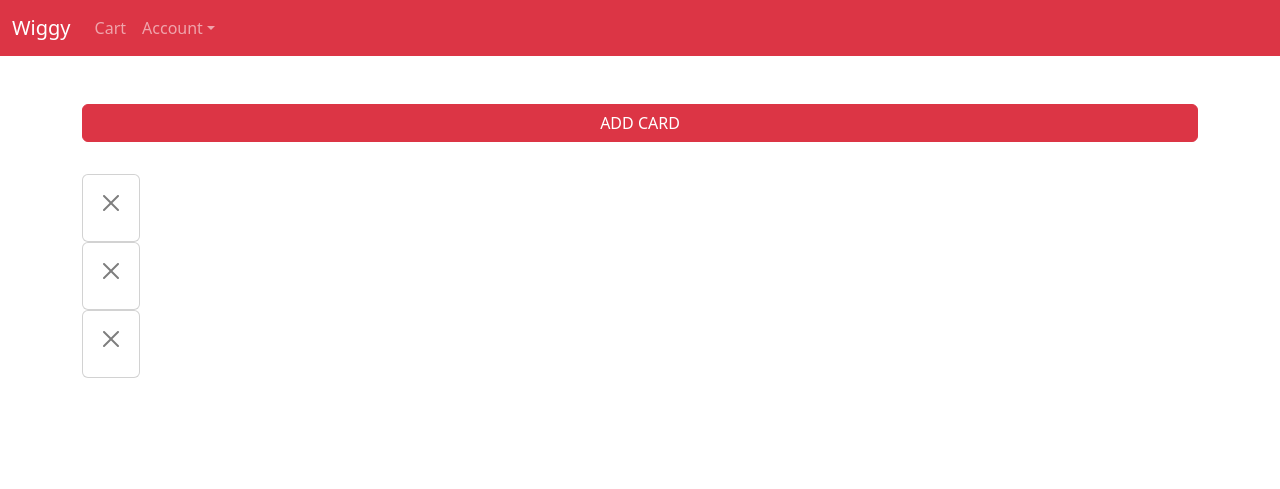
Repository: MohammadGulshan/wiggy
Page: / (app in client/)
These files come from the project's save history. The page is drawn as it stood at one moment and after the next save; the edit follows.
The browser window is 1280 px wide. The pictures show the whole page.
The project was rebuilt for these pictures with package versions that can differ from the ones it lists, and the page was loaded fresh each time. Also part of the build but not shown: client/src/App.css.

Above is the page before, as saved 2020-12-11 04:05:30.

After the next save:
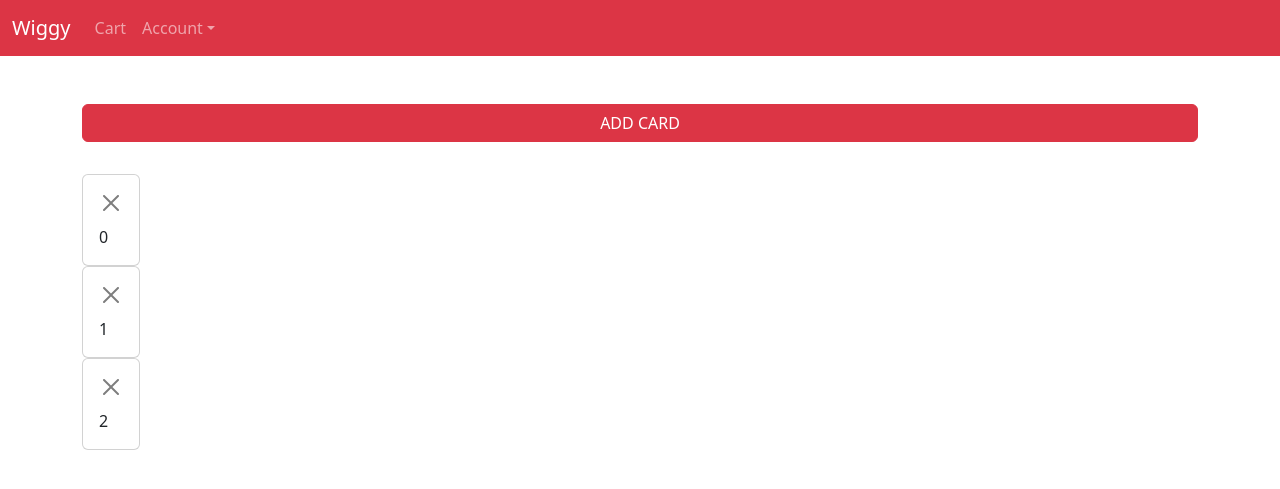
Saved 7 s later.
--- a/client/src/components/AppCards.js
+++ b/client/src/components/AppCards.js
@@ -46,7 +46,7 @@
                                                 <Button close />
                                             </CardTitle>
                                             <CardText>
-                                                {value.name}
+                                                {value}
                                             </CardText>
                                         </CardBody>
                                     </Card>
